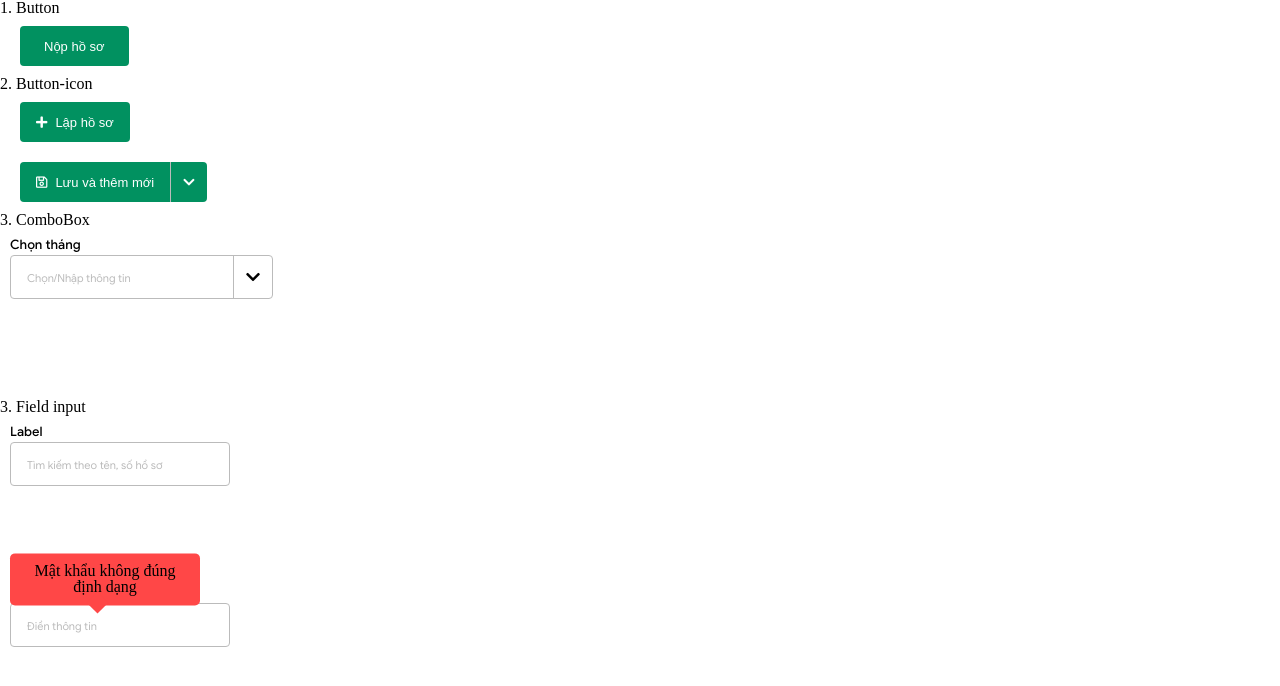
Repository: DAOVANLOI2K1/cukcuk_employeeGrid
Page: Page/index.html
An editor plug-in stored every save of this project. The page is shown before and after the next save, followed by the edit.
The browser window is 1280 px wide. The pictures show the whole page.

Above is the page before, as saved 2022-06-28 09:57:11.

After the next save:
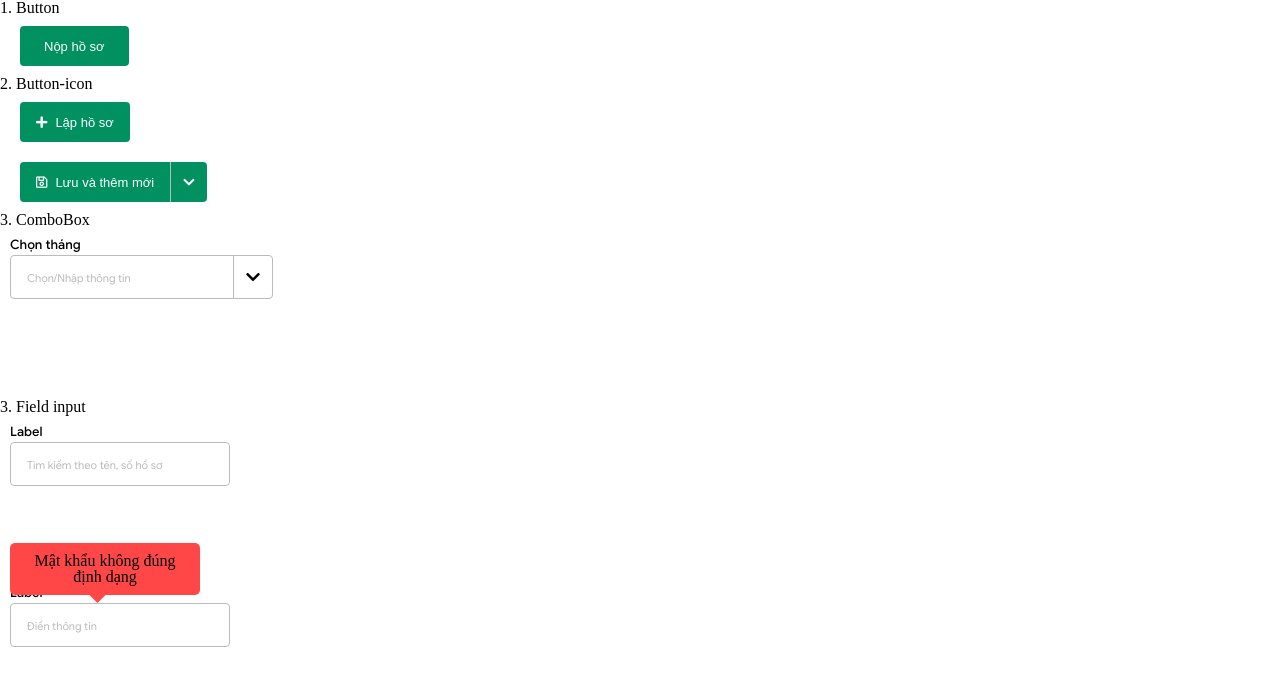
Saved 7 s later.
--- a/css/common/fieldInput.css
+++ b/css/common/fieldInput.css
@@ -5,7 +5,7 @@
     text-align: center;
     border-radius: 5px;
     position: relative;
-    transform: translateY(-180%);
+    transform: translateY(-200%);
 }
 
 .error_box::before {
